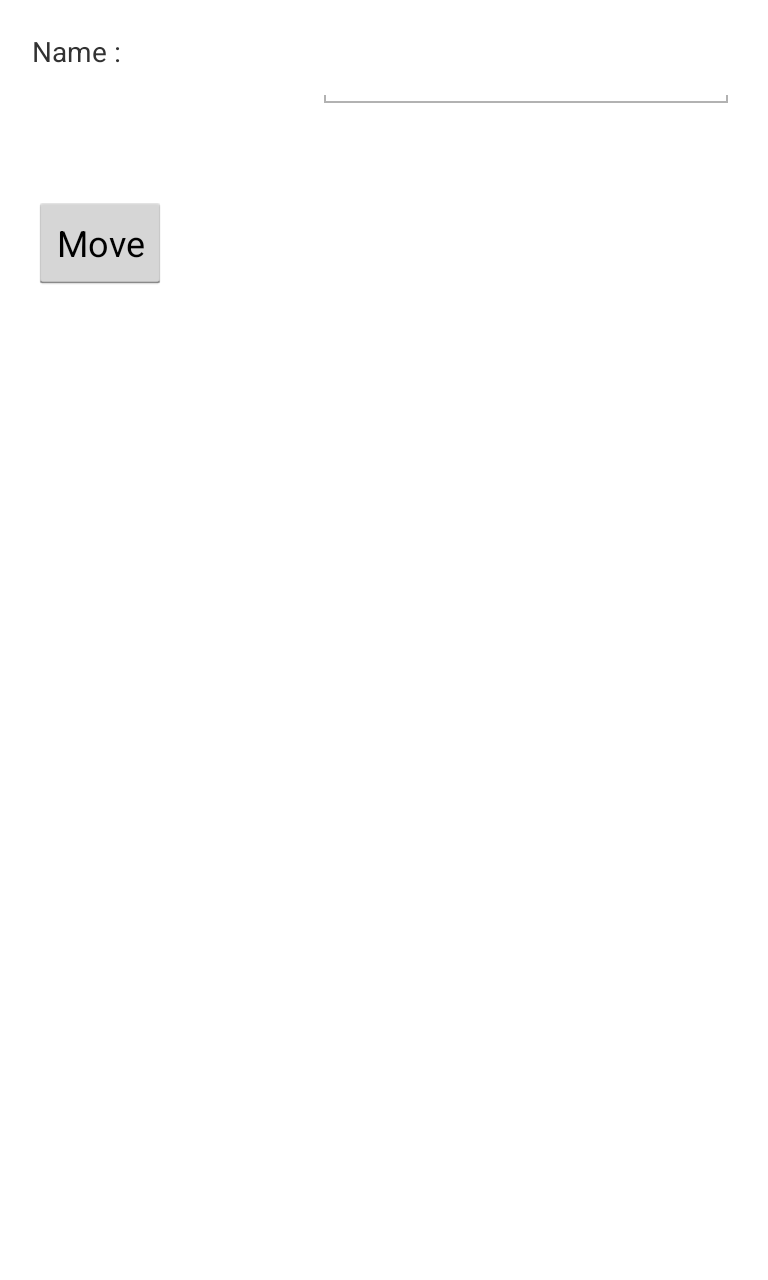
Repository: suzauddola/Android_Apps
Layout: Source/bundle/bandle/res/layout/first.xml
These files come from the project's save history. The layout is drawn as it stood at one moment and after the next save; the edit follows.
It is drawn on a 768 x 1280 px phone screen (xhdpi) without system bars, with theme AppTheme; the app's code is not run.

Above is the layout before, as saved 2013-09-05 02:07:56.

### Source/bundle/bandle/res/layout/first.xml
<RelativeLayout xmlns:android="http://schemas.android.com/apk/res/android"
    xmlns:tools="http://schemas.android.com/tools"
    android:layout_width="match_parent"
    android:layout_height="match_parent"
    android:paddingBottom="@dimen/activity_vertical_margin"
    android:paddingLeft="@dimen/activity_horizontal_margin"
    android:paddingRight="@dimen/activity_horizontal_margin"
    android:paddingTop="@dimen/activity_vertical_margin"
    tools:context=".Main" >

    <TextView
        android:id="@+id/name"
        android:layout_width="wrap_content"
        android:layout_height="wrap_content"
        android:text="Name :    " />

    <EditText
        android:id="@+id/name1"
        android:layout_width="wrap_content"
        android:layout_height="wrap_content"
        android:layout_alignParentRight="true"
        android:layout_alignTop="@+id/name"
        android:ems="10" />

    <Button
        android:id="@+id/button1"
        android:layout_width="wrap_content"
        android:layout_height="wrap_content"
        android:layout_alignLeft="@+id/name"
        android:layout_below="@+id/name1"
        android:layout_marginTop="42dp"
        android:text="Move" />

</RelativeLayout>

Loaded but not shown: Source/bundle/bandle/res/values/styles.xml (common file); Source/bundle/bandle/res/values-v11/styles.xml (common file); Source/bundle/bandle/res/values-v14/styles.xml (common file); Source/bundle/bandle/res/values/dimens.xml (common file)

After the next save:
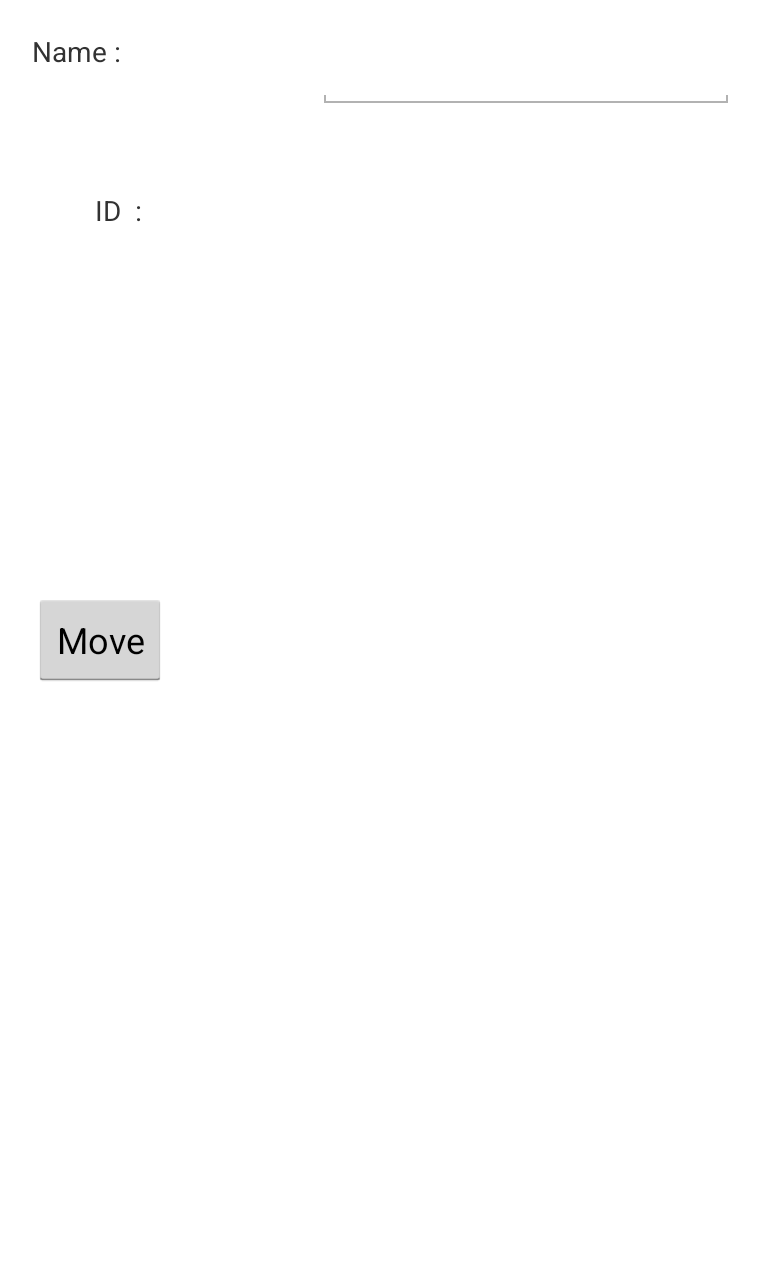
Saved 106 s later.
--- a/Source/bundle/bandle/res/layout/first.xml
+++ b/Source/bundle/bandle/res/layout/first.xml
@@ -26,9 +26,16 @@
         android:id="@+id/button1"
         android:layout_width="wrap_content"
         android:layout_height="wrap_content"
-        android:layout_alignLeft="@+id/name"
-        android:layout_below="@+id/name1"
-        android:layout_marginTop="42dp"
+        android:layout_centerVertical="true"
         android:text="Move" />
 
+    <TextView
+        android:id="@+id/tvID"
+        android:layout_width="wrap_content"
+        android:layout_height="wrap_content"
+        android:layout_alignRight="@+id/name"
+        android:layout_below="@+id/name1"
+        android:layout_marginTop="40dp"
+        android:text="ID  : " />
+
 </RelativeLayout>
